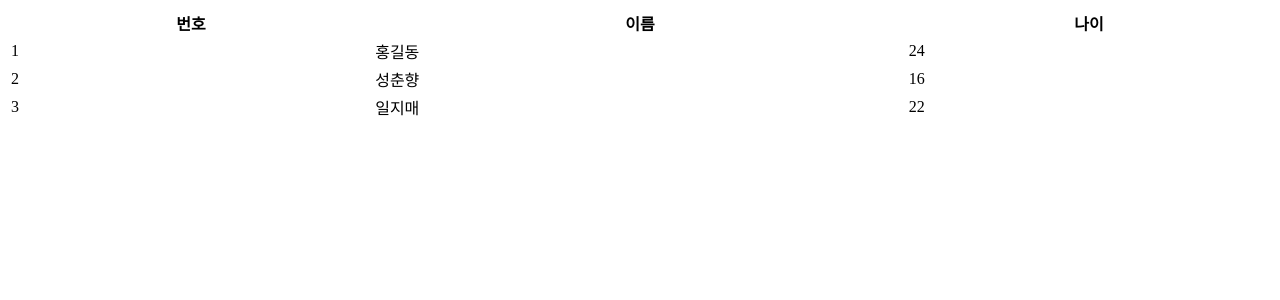
Repository: suhong99/htmlLecture
Page: cssSample2/src/main/webapp/index2.html
An editor plug-in stored every save of this project. The page is shown before and after the next save, followed by the edit.
The browser window is 1280 px wide. The pictures show the whole page.

Above is the page before, as saved 2023-06-22 02:06:35.

After the next save:
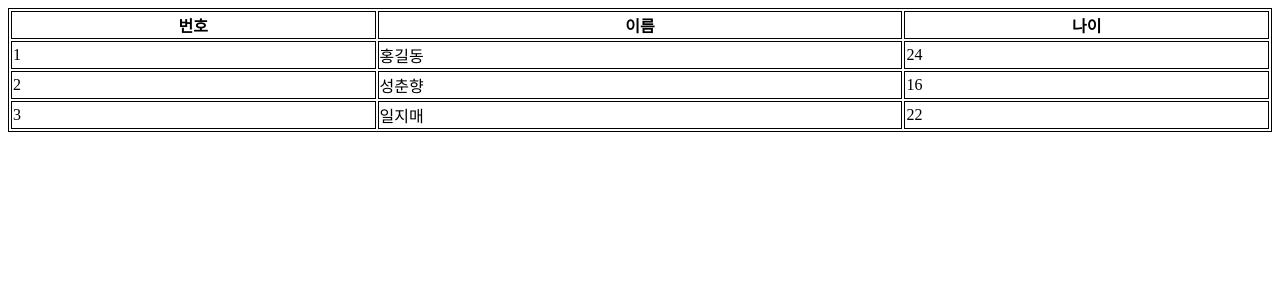
Saved 15 s later.
--- a/cssSample2/src/main/webapp/index2.html
+++ b/cssSample2/src/main/webapp/index2.html
@@ -6,6 +6,9 @@
 <style type="text/css">
 	table {
 		width:100%;
+	}
+	table,th,td {
+	border: 1px solid black;
 	}
 </style>
 </head>
